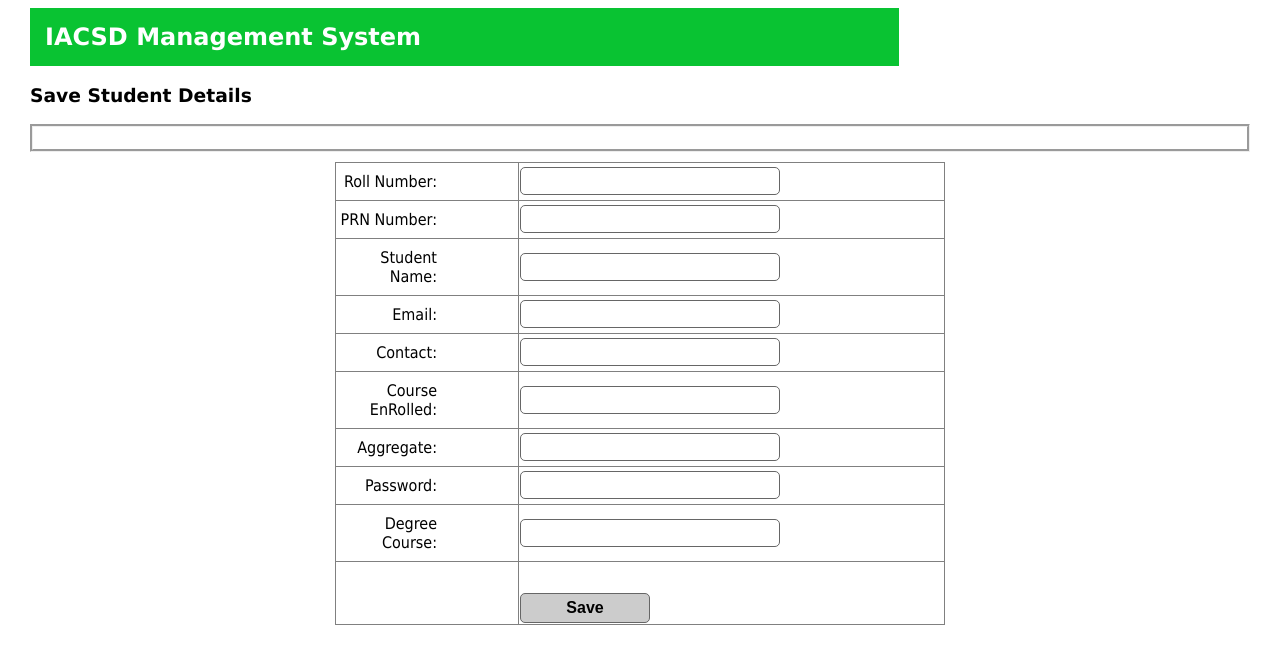
Repository: vsc8791/IMS
Page: http://localhost/web-customer-tracker/WEB-INF/view/student-register-form.jsp
These files come from the project's save history. The page is drawn as it stood at one moment and after the next save; the edit follows.
The browser window is 1280 px wide. The pictures show the whole page.
The page is served by Tomcat 9. Nobody is signed in. The template is opened directly, without the code that normally fills it, so the values that code supplies are empty.

Above is the page before, as saved 2018-07-26 11:59:07.

After the next save:
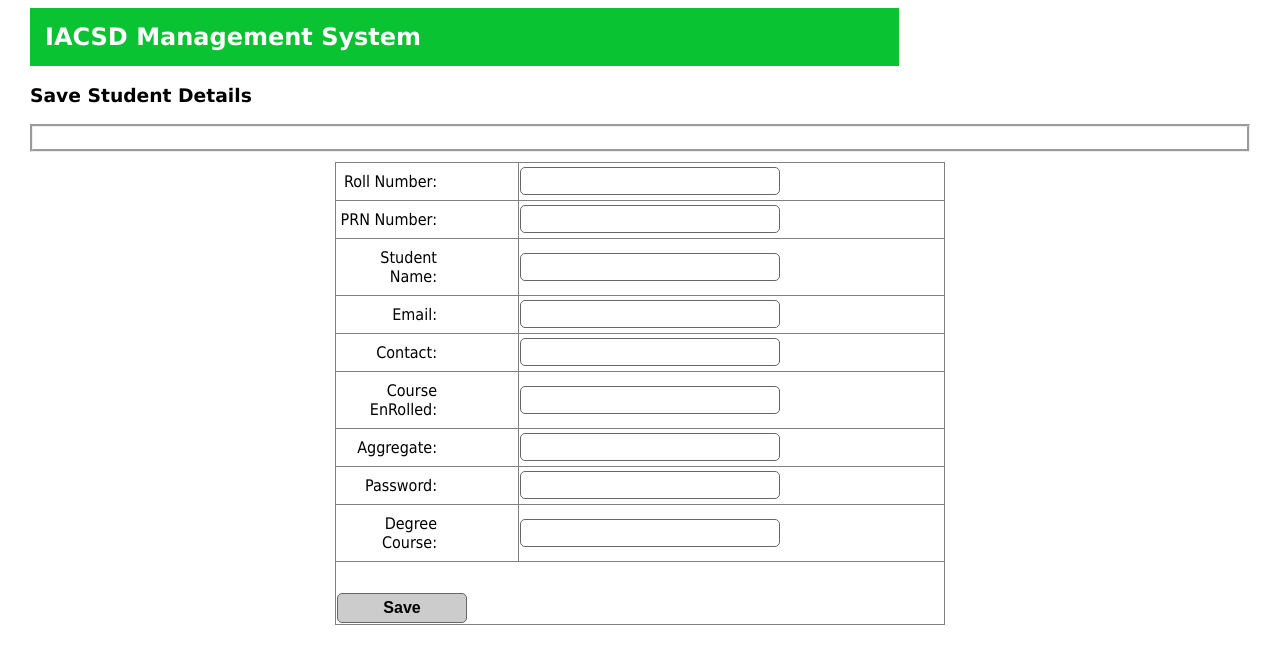
Saved 29 s later.
--- a/web-customer-tracker/WebContent/WEB-INF/view/student-register-form.jsp
+++ b/web-customer-tracker/WebContent/WEB-INF/view/student-register-form.jsp
@@ -66,7 +66,7 @@
 						<td><form:input path="degree_course"/></td>
 					</tr>
 					<tr>
-						<td><label></label></td>
+
 						<td colspan="2"><input type="submit" value="Save" class="save" /></td>
 					</tr>
 				</tbody>
